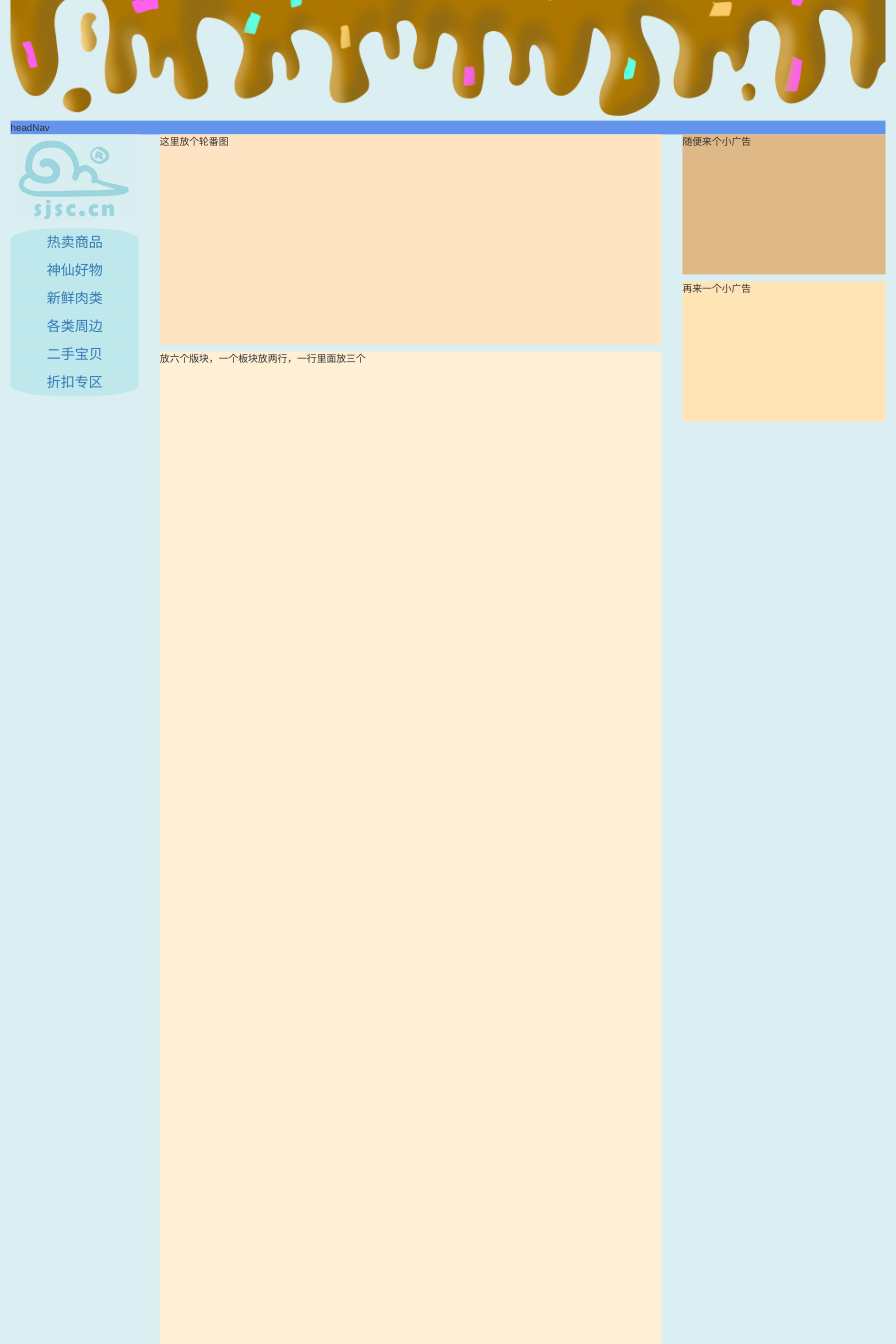
Repository: 15378517762/zxy
Page: html/index.html
The author's editor kept a copy of each file at every save. The page is drawn from the files as they stood at one save, then again after the next save.
The browser window is 1280 px wide. The pictures show the part of the page from y = 0 to 1920 px (the page is 3402 px tall before and 3412 px after), at 70% of full size.

Above is the page before, as saved 2021-05-28 21:34:12.

After the next save:
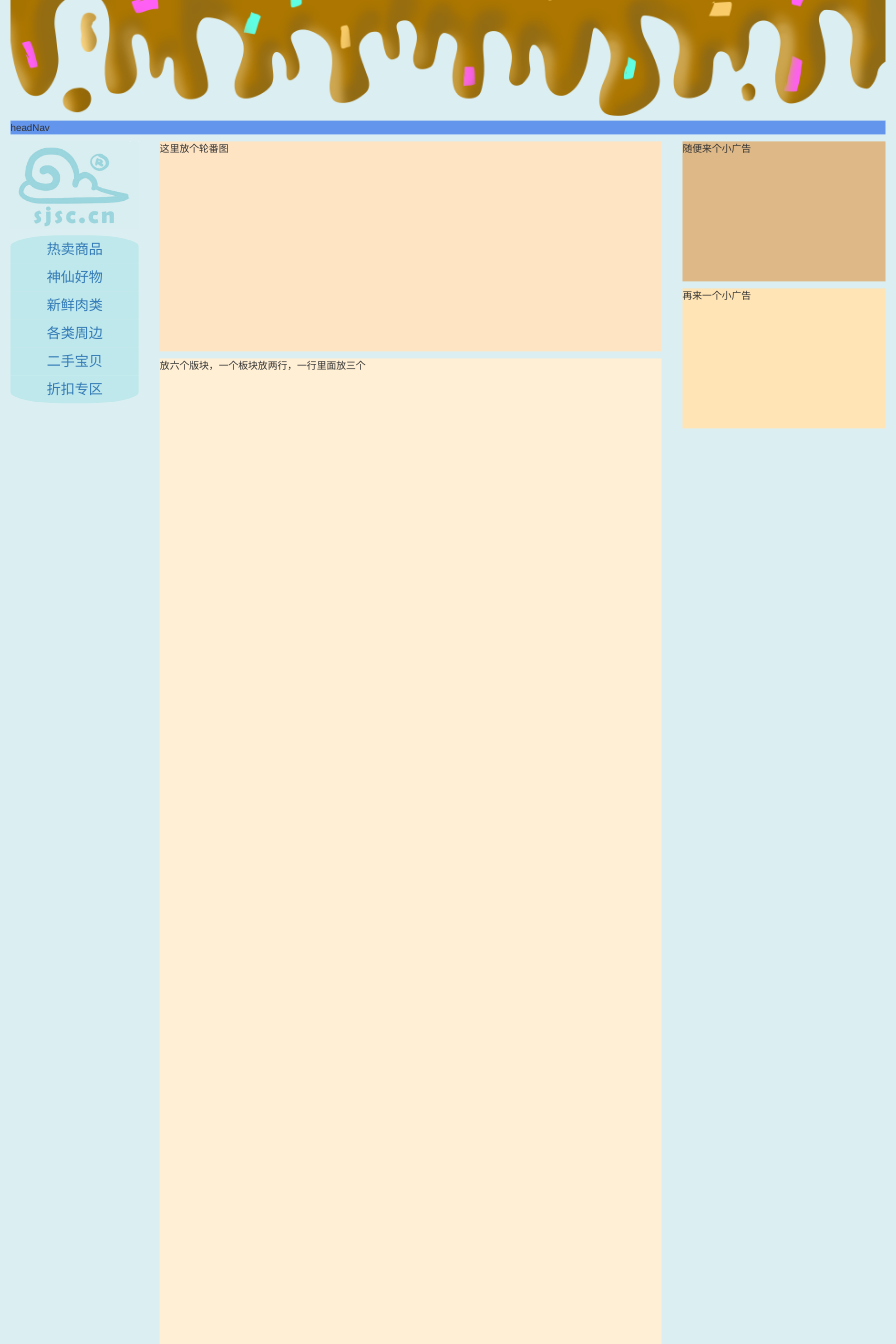
Saved 23 s later.
--- a/css/index.css
+++ b/css/index.css
@@ -74,6 +74,10 @@
     width: 100%;
 }
 
+.row {
+    margin-top: 10px;
+}
+
 /* article {
     background-color: bisque;
 } */
